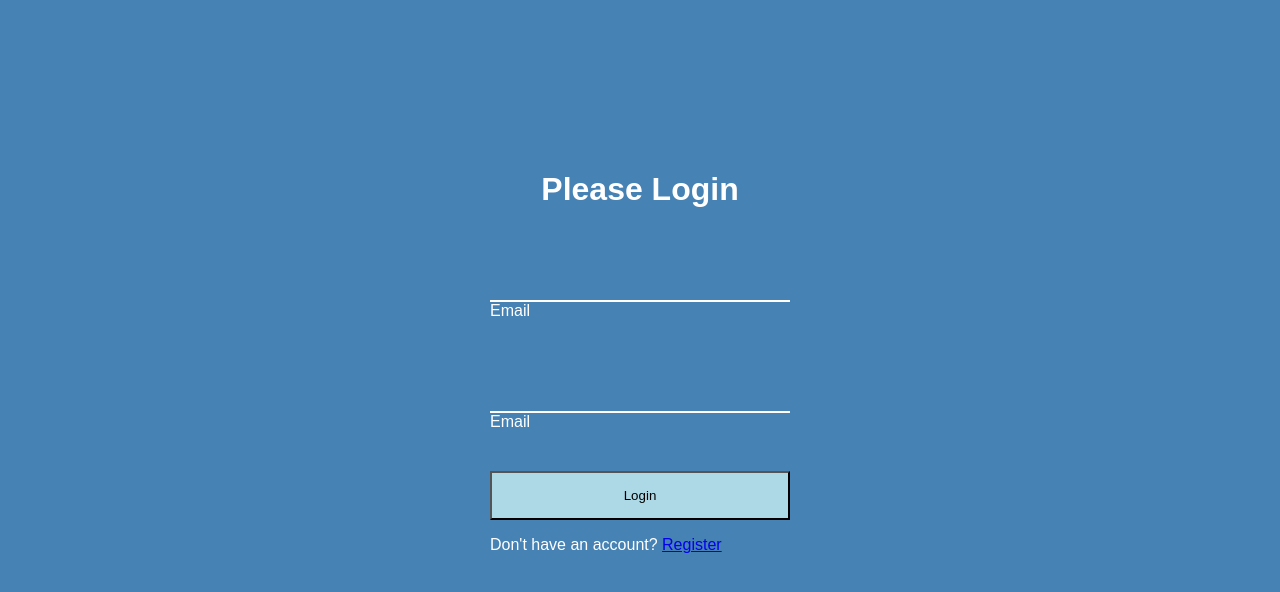
Repository: eagle-tex/50-projects-BT
Page: 08-form-wave-animation/index.html
The author's editor kept a copy of each file at every save. The page is drawn from the files as they stood at one save, then again after the next save.
The browser window is 1280 px wide. The pictures show the whole page.
Some web fonts or font styles are not loaded; a fallback is used.

Above is the page before, as saved 2021-01-07 23:24:13.

### 08-form-wave-animation/index.html
<!DOCTYPE html>
<html lang="en">

<head>
  <meta charset="UTF-8" />
  <meta name="viewport" content="width=device-width, initial-scale=1.0" />
  <link rel="stylesheet" href="style.css" />
  <title>Form Input Wave</title>
</head>

<body>
  <h1>Please Login</h1>
  <form action="">
    <div class="form-control">
      <input type="text" required>
      <label for="">Email</label>
    </div>

    <div class="form-control">
      <input type="text" required>
      <label for="">Email</label>
    </div>

    <button class="btn">Login</button>

    <p class="text">Don't have an account?
      <a href="#">Register</a>
    </p>
  </form>

  <script src="script.js"></script>
</body>

</html>

### 08-form-wave-animation/style.css
@import url('https://fonts.googleapis.com/css?family=Muli&display=swap');

* {
  box-sizing: border-box;
}

body {
  background-color: steelblue;
  color: #fff;
  font-family: 'Muli', sans-serif;
  display: flex;
  flex-direction: column;
  align-items: center;
  justify-content: center;
  height: 100vh;
  overflow: hidden;
  margin: 0;
}

.container {
  background-color: rgba(0, 0, 0, 0.4);
  padding: 20px 40px;
  border-radius: 5px;
  -webkit-border-radius: 5px;
  -moz-border-radius: 5px;
  -ms-border-radius: 5px;
  -o-border-radius: 5px;
}

.container h1 {
  text-align: center;
  margin-bottom: 30px;
}

.container a {
  text-decoration: none;
  color: lightblue;
}

.btn {
  cursor: pointer;
  display: inline-block;
  width: 100%;
  background: lightblue;
  padding: 15px;
  font-family: inherit;
}

.form-control {
  position: relative;
  margin: 20px 0 40px;
  width: 300px;
}

.form-control input {
  background-color: transparent;
  border: 0;
  border-bottom: 2px solid #fff;
  display: block;
  width: 100%;
  padding: 15px 0;
  font-size: 18px;
  color: #fff;
}

.form-control input:focus,
.form-control input:valid {
  outline: 0;
}

Loaded but not shown: 08-form-wave-animation/script.js (no stored copy; drawn as an empty file)

After the next save:
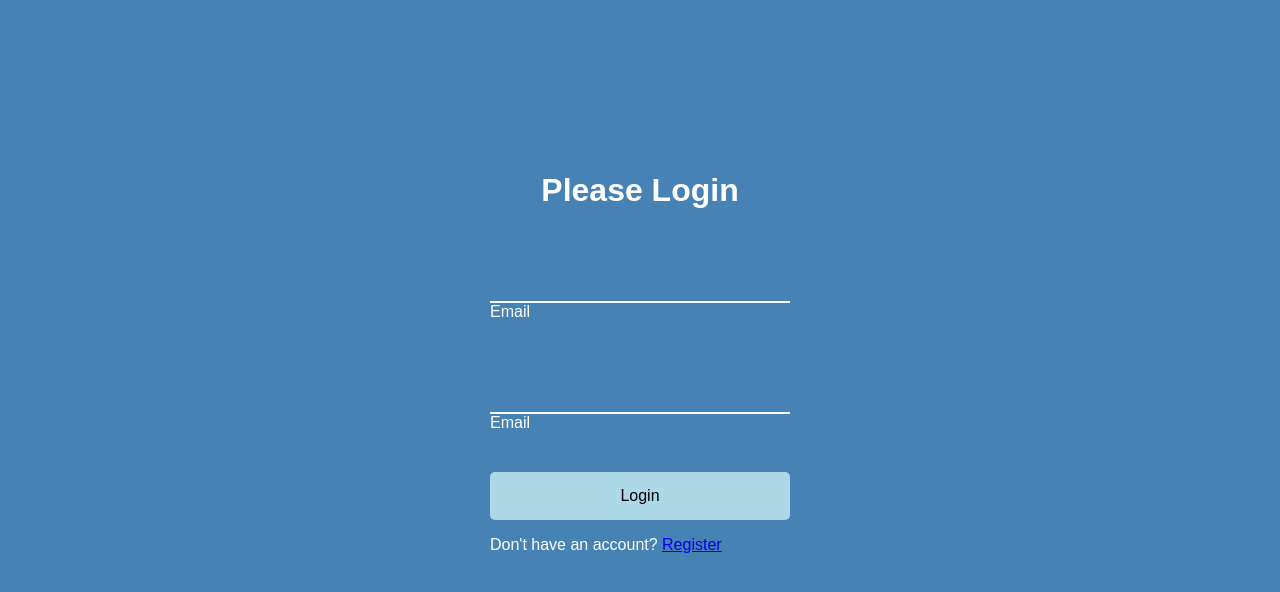
Saved 30 s later.
--- a/08-form-wave-animation/style.css
+++ b/08-form-wave-animation/style.css
@@ -44,6 +44,13 @@ body {
   background: lightblue;
   padding: 15px;
   font-family: inherit;
+  font-size: 16px;
+  border: 0;
+  border-radius: 5px;
+  -webkit-border-radius: 5px;
+  -moz-border-radius: 5px;
+  -ms-border-radius: 5px;
+  -o-border-radius: 5px;
 }
 
 .form-control {
